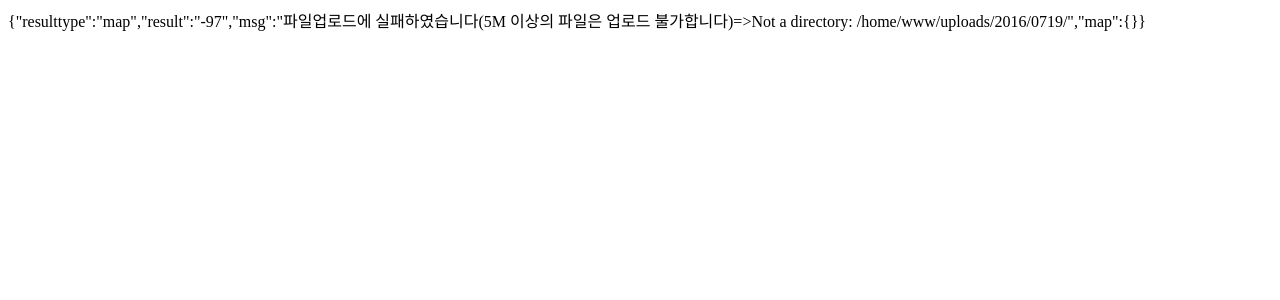
Repository: selvia2442/jspwork
Page: http://localhost/Battle20q/ImageUpload.jsp
An editor plug-in stored every save of this project. The page is shown before and after the next save, followed by the edit.
The browser window is 1280 px wide. The pictures show the whole page.
The page is served by Tomcat 9.

Above is the page before, as saved 2016-07-21 08:25:08.

After the next save:
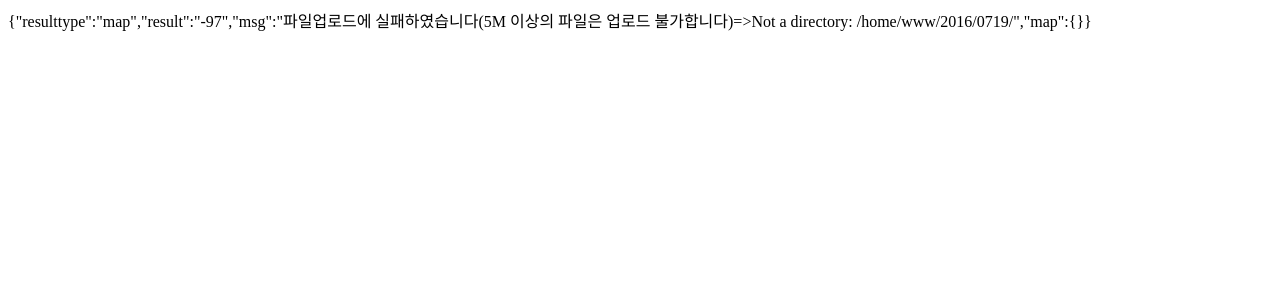
Saved 2 h 19 min later.
--- a/Battle20q/WebContent/ImageUpload.jsp
+++ b/Battle20q/WebContent/ImageUpload.jsp
@@ -15,7 +15,7 @@
 	String upimage = "";
 	int maxSize = 1024*1024*5;
 	String encType = "utf-8";
-	String savefile = "uploads";
+	String savefile = "";
 
 	java.text.SimpleDateFormat formatter = new java.text.SimpleDateFormat("yyyyMMddHHmmssSSS");
 	String today = formatter.format(new java.util.Date());
@@ -23,20 +23,14 @@
 	String subdir_y=today.substring(0,4);
 	String subdir_md=today.substring(4,8);
 
-	//폴더 만들기
-//	String tempSavePath=  request.getRealPath(File.separator) + "uploads\\"+subdir_y+"\\"+subdir_md+"\\";  //경로
-//	String savePath = tempSavePath.replace('\\','/');  //구분자 리플레이스
-
-	String savePath = "/home/www/uploads/"+subdir_y+"/"+subdir_md+"/";  //경로
+	String savePath = "/home/www/"+subdir_y+"/"+subdir_md+"/";  //경로
 	File targetDir = new File(savePath);
 	if(!targetDir.exists()) {
 		targetDir.mkdirs();
 	}
-	savefile = "uploads/"+subdir_y+"/"+subdir_md;
+	savefile = "/"+subdir_y+"/"+subdir_md;
 
 
-//	ServletContext scontext = getServletContext();
-//	realFolder = scontext.getRealPath(savefile);
 	realFolder = savePath;
 	try{
 		MultipartRequest multi=new MultipartRequest(request, realFolder, maxSize, encType, new DefaultFileRenamePolicy());
